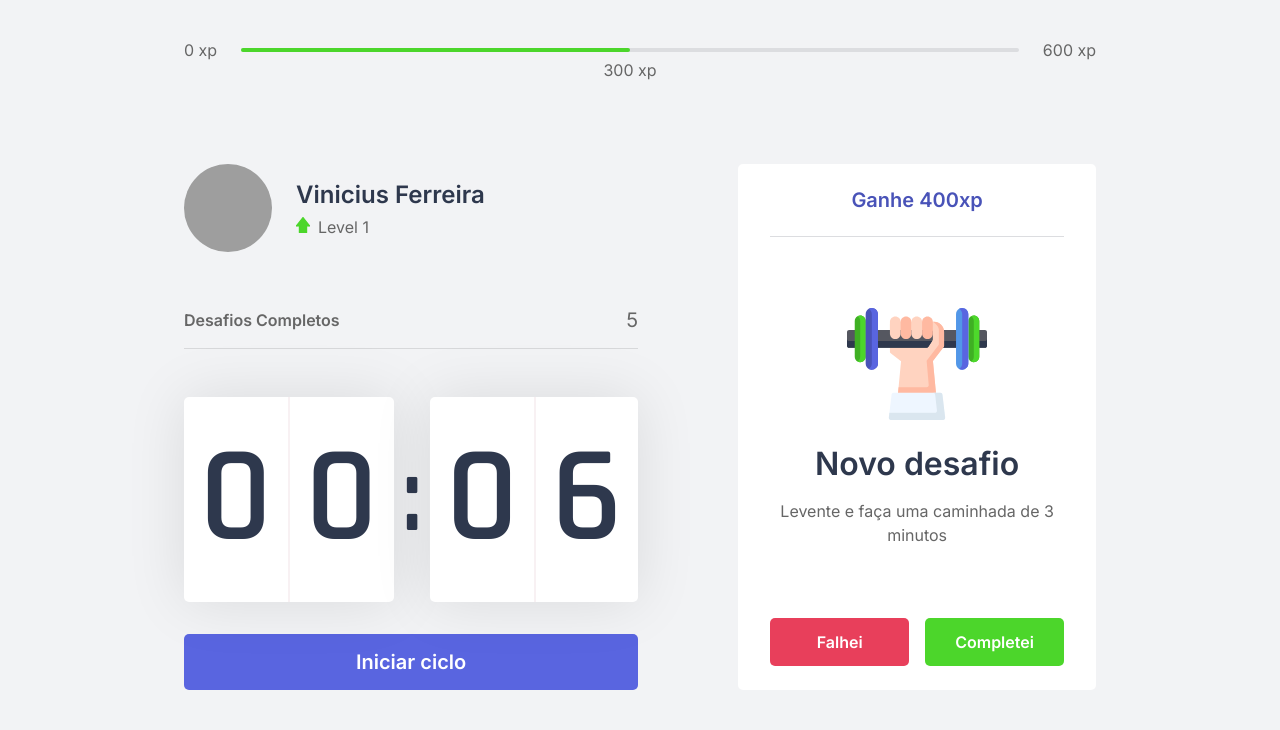
Repository: viniciusfg05/nlwFocus
Page: /
An editor plug-in stored every save of this project. The page is shown before and after the next save, followed by the edit.
The browser window is 1280 px wide. The pictures show the whole page.
Pictures or frames that could not be fetched are drawn as grey boxes. The project was rebuilt for these pictures with package versions that can differ from the ones it lists, and the page was loaded fresh each time. The framework's server and built-in components were replaced by stand-ins that run in the browser.

Above is the page before, as saved 2022-02-28 14:54:20.

### src/pages/_app.tsx
import '../styles/global.css'
import { AppProps } from 'next/app'
import { ChallegesProvider, ChallengesContext } from '../context/ChallengesContext'

function MyApp({ Component, pageProps }: AppProps) {
  return (
    <ChallegesProvider>
      <Component {...pageProps} />
    </ChallegesProvider>
  )
}

export default MyApp

### src/pages/_document.tsx
import Document, { Html, Head, Main, NextScript} from 'next/document'

export default class Mydocument extends Document {
    render() {
        return(
            <Html>
                <Head>
                    <link rel='shortcut icon' href='favicon.png' type='image/png' />

                    <link rel="preconnect" href="https://fonts.gstatic.com" />
                    <link href="https://fonts.googleapis.com/css2?family=Inter:wght@400;500;600&family=Rajdhani:wght@600&display=swap" rel="stylesheet" />
                </Head>
                <body>
                    <Main />
                    <NextScript />
                </body>
            </Html>
        )
    }
}

### src/pages/index.tsx
import { CompleteChallenges } from "../components/CompleteChallenges";
import { CountDown } from "../components/CountDown";
import { ExperienceBar } from "../components/ExperinceBar";
import { Profile } from "../components/Profile";
import { ChallegesBox } from "../components/ChallegesBox";

import styles from "../styles/pages/Home.module.css"

import Head from 'next/head'

export default function Home() {
  return (
    <div className={styles.container}>
      <Head>
        <title>Inicio | Focus</title>
      </Head>

      <ExperienceBar />

      <section>
        <div>
          <Profile />
          <CompleteChallenges />
          <CountDown />
        </div>
        <div>
          <ChallegesBox />
        </div>
      </section>

    </div>
  )
}

### src/styles/global.css
*{
    margin: 0;
    padding: 0;
    box-sizing: border-box;
}

:root{
    --white: #fff;
    --background: #f2f3f5;
    --gray-line: #DCDDE0;
    --text: #666666;
    --text-highligth: #B3B9FF;
    --title: #2E384D;
    --red: #E83F5B;
    --green: #4CD62B;
    --blue: #5965E0;
    --blue-dark: #4953B8;
    --blue-twitter: #2AA9E0;
}

@media(max-white: 1080px) {
    html{
        font-size: 93.75%;
    }
}

@media(max-white: 750px) {
    html{
        font-size: 87.5%;
    }
}

body{
    background-color: var(--background);
    color: var(--text);

}

body, input, textarea, button {
    font: 400 1rem 'inter', sans-serif;
}

button{
    cursor: pointer;
}

a{
    color: inherit; /* para erdar a color do container */
    text-decoration: none;
}

### src/context/ChallengesContext.tsx
import { createContext, useState, ReactNode } from 'react';
import challenges from '../../challenge.json'

interface Challenges {
  type: 'body' | 'eye'
  description: string;
  amount: number;
}

interface ChallengesProviderProps{
  children: ReactNode;
}

interface ChallengesContextData {
  level: number;
  currentExperience: number;
  challengeCompleted: number;
  levelUp: () => void;
  startNewChallenge: () => void;
  activeChallengen: Challenges;
}

export const ChallengesContext = createContext({} as ChallengesContextData)

export function ChallegesProvider({children}:ChallengesProviderProps ) {
  const [level, setLevel] = useState(1);
  const [ currentExperience, setCurrentExperience ] = useState(0)
  const [ challengeCompleted, setChallengeCompleted ] = useState(0)

  const [ activeChallengen, setActiveChallenge ] = useState(null)

  function levelUp() {
    setLevel(level + 1);
  }

  function startNewChallenge() {
    const randomChallengeIndex = Math.floor(Math.random() * challenges.length);
    const challenge = challenges[randomChallengeIndex]

    setActiveChallenge(challenge)
  }

  return (
    <ChallengesContext.Provider
    value={{ level,
      currentExperience,
      challengeCompleted,
      levelUp,
      startNewChallenge,
      activeChallengen
    }}>
      {children}
    </ChallengesContext.Provider>
  )
}

### src/components/CompleteChallenges.tsx
import styles from '../styles/components/CompleteChallenges.module.css'


export function CompleteChallenges() {
    return(
        <div className={styles.CompleteChallenges}>
            <strong>Desafios Completos</strong>
            <span>5</span>
        </div>
    )
}

### src/components/CountDown.tsx
import { useState, useEffect, useContext } from 'react'
import { ChallengesContext } from '../context/ChallengesContext';
import styles from '../styles/components/CountDown.module.css'

let countDownTimeOut: NodeJS.Timeout; //para cancelar o timeOut


export function CountDown() {
    const { startNewChallenge } = useContext(ChallengesContext)


    const [ time, setTime ] = useState(0.1 * 60)
    const [ isActive, setIsActive ] = useState(false)// para iniciar com desabilitado o conometro
    const [ timeFineshed, setTimeFineshed] = useState(false)

    const minutos = Math.floor(time / 60);
    const segundos = (time % 60); // '%' resto da divisão

    const [minuteLefts, minuteRight] = String(minutos).padStart(2, '0').split('')
    const [ segundosLefts, segundosRights ] = String(segundos).padStart(2, '0').split('')

    // padStart(2 '0') = para os numero a baixo de 10 ele vai add um '0' no inicio, ex. '05'
    // split('') = ele vai pera a string por exemplo '25' e repartir em dois '2' e '5'. split devolve um array com primeiro e segundo caractere

    function startCoutDown() {
        setIsActive(true);
    }

    function CancelCoutDown() {
        clearTimeout(countDownTimeOut)
        setIsActive(false);
        setTime((0.1 * 60))
    }

    useEffect(() => {
        if (isActive && time > 0) {
            countDownTimeOut = setTimeout(() => {setTime(time - 1);}, 1000)
        } else if (isActive && time === 0) {
            setTimeFineshed(true)
            setIsActive(false);
            startNewChallenge()

        }
    }, [isActive, time]);

    // setTimeout(() => {setTime(time - 1);}, 1000) = setTimeout = depois de 1000ms execute uma função; setTime recebe o valor de time -1.ou seja ele mudar para -1 a cada 1s e se add o time no useEffect sempre que o time mudar ele tira mais 1 segundo
    return(
        <div>
            <div className={styles.CountDownContainer}>
            <div>
                <span>{minuteLefts}</span>
                <span>{minuteRight}</span>
            </div>
            <span>:</span>
            <div>
                <span>{segundosLefts}</span>
                <span>{segundosRights}</span>
            </div>
        </div>

        {timeFineshed ? (
            <button
            disabled
            className={`${styles.CountdownButton} ${styles.CountdownButtonFinished}`}
            >
                Cliclo encerrado
            </button>
        ) : (
            <>
                { isActive ? (
                    <button
                    type="button"
                    className={`${styles.CountdownButton} ${styles.CountdownButtonActive} `}
                    onClick={CancelCoutDown}
                    >
                        Abondonar ciclo
                    </button>
                ) : (
                    <button
                        type="button"
                        className={styles.CountdownButton}
                        onClick={startCoutDown}
                     >
                        Iniciar ciclo
                    </button>
                )}
            </>
        )}






        </div>
    )
}

### src/components/ExperinceBar.tsx
import styles from '../styles/components/ExperienceBar.module.css'

export function ExperienceBar() {
    return(
        <header className={styles.experienceBar}>
            <span>0 xp</span>
                <div>
                    <div style={{ width: '50%',}}/>

                    <span className={styles.currentExperience} style={{ left: '50%'}}>300 xp</span>
                </div>
            <span>600 xp</span>
        </header>
    )
}

### src/components/Profile.tsx
import styles from '../styles/components/Profile.module.css'


export function Profile() {
    return(
        <div className={styles.profileContainer} >
            <img src="https://avatars.githubusercontent.com/u/68232658?s=400&u=003f61fe1fe4474daf9c3f5226d596c5f99dd759&v=4" alt="Vinicius Ferreira" />
            <div>
                <strong>Vinicius Ferreira</strong>
                <p>
                    <img src="icons/level.svg" alt="Level" />
                    Level 1
                </p>
            </div>
        </div>
    )
}

### src/components/ChallegesBox.tsx
import { useContext } from 'react'
import { ChallengesContext } from '../context/ChallengesContext'
import styles from '../styles/components/ChallegesBox.module.css'

export function ChallegesBox() {
  const { activeChallengen } = useContext(ChallengesContext)

  const hasActiveChallengen = true

  return (
    <div className={styles.ChallegesBoxContainer}>
      {hasActiveChallengen ? (
        <div className={styles.ChallegesBoxActive}>
          <header>Ganhe 400xp</header>
          <main>
            <img src="icons/body.svg" alt="Ganhe 400xp" />
            <strong>Novo desafio</strong>
            <p>Levente e faça uma caminhada de 3 minutos</p>
          </main>

          <footer>
            <button
            type="button"
            className={styles.ChallegesFailedButton}
            >
              Falhei
            </button>

            <button
            type="button"
            className={styles.ChallegesCompleteButton}
            >
              Completei
            </button>
          </footer>
        </div>


      ) : (
        <div className={styles.ChallegesBoxNotActive}>
        <strong>Finalize um ciclo para receber um desafio</strong>
        <p>
          <img src="icons/level-up.svg" alt="Level up" />
          Avance de level completando os desafios
        </p>
      </div>
      )}
    </div>
  )
}

### src/styles/pages/Home.module.css
.container{
    height: 100;
    max-width: 992px;
    margin: 0 auto;
    padding: 2.5rem;

    display: flex;
    flex-direction: column;

    gap: 6.5rem;
}

.container section {
    flex: 1;

    display: grid;
    grid-template-columns: 1fr 1fr;
    gap: 6.25rem;
    align-content: center;
}

### src/styles/components/CompleteChallenges.module.css
.CompleteChallenges {
    display: flex;
    align-items: center;
    justify-content: space-between;

    margin: 3.5rem 0 0;
    padding-bottom: 1rem;
    border-bottom: 1px solid #d7d8da;
    font-weight: 400;
    /* font: "Inter", sans-serif; ; */
    margin-bottom: 3rem
}


.CompleteChallenges span:first-child{
    font-size: 1.25rem;
}


.CompleteChallenges span:last-child{
    font-size: 1.25rem;
}

### src/styles/components/CountDown.module.css
.CountDownContainer {
  display: flex;
  align-items: center;
  font-family: Rajdhani;
  font-weight: 600;
  color: var(--title);
}

.CountDownContainer > div {
  flex: 1;

  display: flex;
  align-items: center;
  justify-content: space-evenly;

  background-color: var(--white);
  box-shadow: 0 0 60px rgba(0, 0, 0, 0.1);
  border-radius: 5px;
  font-size: 8.5rem;
  text-align: center;
}

.CountDownContainer > div span {
  flex: 1;
}

.CountDownContainer > div span:first-child {
  border-right: 1px solid #f8f1f3;
  padding: 1rem;
}

.CountDownContainer > div span:last-child {
  border-left: 1px solid #f8f1f3;
  padding: 1rem;
}

.CountDownContainer > span {
  font-size: 6.5rem;
  margin: 0 0.5rem;
}

.CountdownButton {
  width: 100%;
  height: 3.5rem;

  margin-top: 2rem;

  display: flex;
  align-items: center;
  justify-content: center;

  border: 0;
  border-radius: 5px;
  background-color: var(--blue);
  color: var(--white);

  font-size: 1.25rem;
  font-weight: 600;
  transition: background-color 0.3s;
}

.CountdownButton:not(:disabled):hover {
  background-color: var(--blue-dark);
}

.CountdownButtonActive {
  background-color: var(--red);
  color: var(--gray-line);

  transition: 0.3s;
}

.CountdownButtonActive:hover {
  background-color: #b83349;
  color: var(--gray-line);
}

.CountdownButtonFinished {
  background-color: var(--green);
  color: var(--title);
  cursor: not-allowed;
}

### src/styles/components/ExperienceBar.module.css
.experienceBar {
    display: flex;
    align-items: center;
}

.experienceBar spam {
    font-size: 1 rem;
}

.experienceBar > div {
    flex: 1;
    height: 4px;
    border-radius: 4px;
    background-color: var(--gray-line);
    margin: 0 1.5rem;
    position: relative;
}

.experienceBar > div > div{
    height: 4px;
    border-radius: 4px;
    background-color: var(--green)
}

span.currentExperience{
    position: absolute;
    top: 12px;
    transform: translateX(-50%)
}

### src/styles/components/Profile.module.css
.profileContainer {
    display: flex;
    align-items: center;
}

.profileContainer > img{
    width: 5.5rem;
    height: 5.5rem;
    border-radius: 50%;
}

.profileContainer div{
    margin-left: 1.5rem;
}

.profileContainer div strong {
    font-size: 1.5rem;
    font-weight: 600;
    color: var(--title);
}

.profileContainer div p {
    font-size: 1rem;
    margin-top: 0.5rem;
}

.profileContainer div p img {
    margin-right: 0.5rem;
}

### src/styles/components/ChallegesBox.module.css
.ChallegesBoxContainer {
  height: 100%;
  background: var(--white);
  border-radius: 5px;
  padding: 1.5rem 2rem;
  display: flex;
  flex-direction: column;
  align-items: center;
  justify-content: center;

  text-align: center;
}

.ChallegesBoxNotActive {
  display: flex;
  flex-direction: column;
  align-items: center;
}

.ChallegesBoxNotActive strong {
  font-size: 1.5rem;
  font-weight: 500;
  line-height: 1.4rem;
}

.ChallegesBoxNotActive p {
  display: flex;
  flex-direction: column;
  align-items: center;
  line-height: 1.4rem;
  max-width: 70%;
  margin-top: 3rem;
}

.ChallegesBoxNotActive p img {
  margin-bottom: 1rem;
}

.ChallegesBoxActive {
  height: 100%;
  display: flex;
  flex-direction: column;
}

.ChallegesBoxActive header {
  color: var(--blue-dark);
  font-weight: 600;
  font-size: 1.25rem;
  padding: 0 2rem 1.5rem;
  border-bottom: 1px solid var(--gray-line);
}

.ChallegesBoxActive main {
  flex: 1;
  display: flex;
  flex-direction: column;
  align-items: center;
  justify-content: center;
}

.ChallegesBoxActive main strong {
  font-size: 2rem;
  font-weight: 600;
  color: var(--title);
  margin: 1.5rem 0 1rem;
}

.ChallegesBoxActive main p {
  line-height: 1.5rem;
}

.ChallegesBoxActive footer {
  display: grid;
  grid-template-columns: 1fr 1fr;
  gap: 1rem;
}

.ChallegesBoxActive footer button {
  height: 3rem;
  align-items: center;
  justify-content: center;

  border: 0;
  border-radius: 5px;

  color: var(--white);

  font-size: 1rem;
  font-weight: 600;
  transition: 0.3s;
}

.ChallegesBoxActive footer button:hover {
  filter: brightness(0.9);
}

.ChallegesBoxActive footer button.ChallegesFailedButton {
  background-color: var(--red);
}

.ChallegesBoxActive footer button.ChallegesCompleteButton {
  background-color: var(--green);
}

Loaded but not shown: challenge.json (common file)

After the next save:
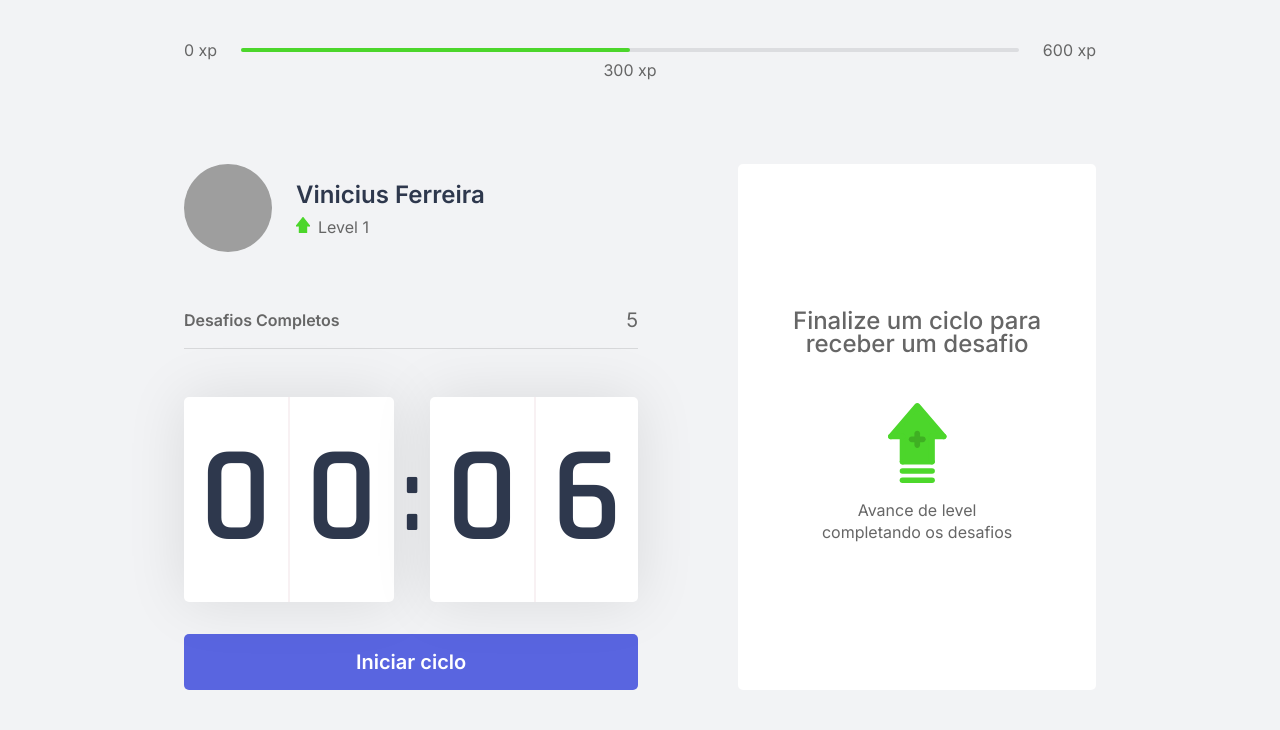
Saved 47 s later.
--- a/src/components/ChallegesBox.tsx
+++ b/src/components/ChallegesBox.tsx
@@ -5,11 +5,10 @@ import styles from '../styles/components/ChallegesBox.module.css'
 export function ChallegesBox() {
   const { activeChallengen } = useContext(ChallengesContext)
 
-  const hasActiveChallengen = true
 
   return (
     <div className={styles.ChallegesBoxContainer}>
-      {hasActiveChallengen ? (
+      {activeChallengen ? (
         <div className={styles.ChallegesBoxActive}>
           <header>Ganhe 400xp</header>
           <main>
